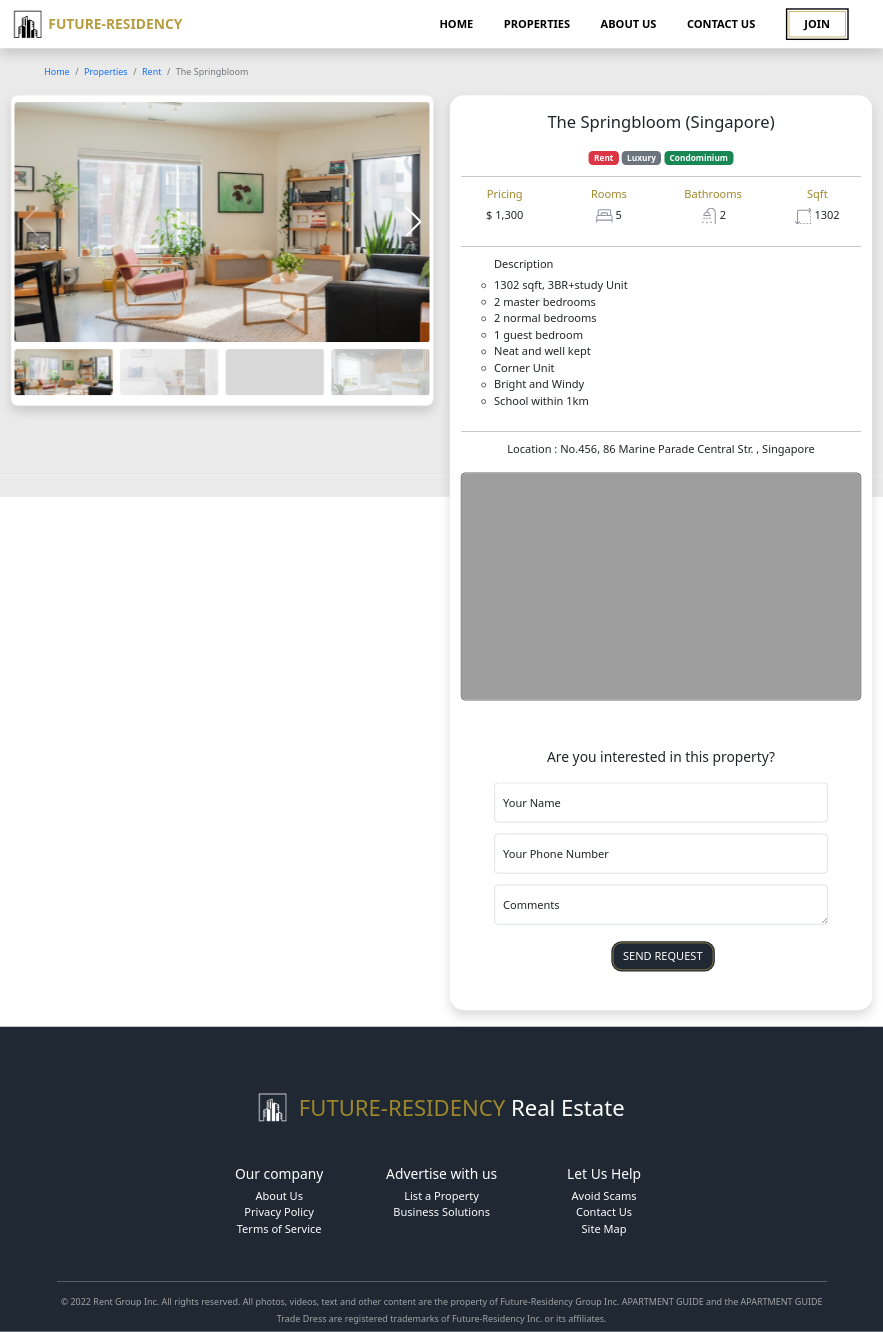
Repository: pyaestk/Future-residency
Page: rentitem.html
These files come from the project's save history. The page is drawn as it stood at one moment and after the next save; the edit follows.
The browser window is 1280 px wide. The pictures show the whole page, at 69% of full size.
Pictures or frames that could not be fetched are drawn as grey boxes.

Above is the page before, as saved 2022-12-15 15:18:24.

### rentitem.html
<!doctype html>
<html lang="en">

<head>
    <meta charset="utf-8">
    <meta name="viewport" content="width=device-width, initial-scale=1, minimum-scale=1, maximum-scale=1 ">
    <title>FUTURE-RESIDENCY</title>
    <!--bootstrap-->
    <link href="https://cdn.jsdelivr.net/npm/bootstrap@5.2.3/dist/css/bootstrap.min.css" rel="stylesheet"
        integrity="sha384-rbsA2VBKQhggwzxH7pPCaAqO46MgnOM80zW1RWuH61DGLwZJEdK2Kadq2F9CUG65" crossorigin="anonymous">

    <!--custom css-->
    <link rel="stylesheet" href="style.css" type="text/css">
    <link rel="stylesheet" href="styleMobileview.css" type="text/css">
    <link rel="stylesheet" href="styleTabletview.css" type="text/css">

    <!--font awesome-->
    <link rel="stylesheet" href="https://cdnjs.cloudflare.com/ajax/libs/font-awesome/6.2.1/css/all.min.css"
        integrity="sha512-MV7K8+y+gLIBoVD59lQIYicR65iaqukzvf/nwasF0nqhPay5w/9lJmVM2hMDcnK1OnMGCdVK+iQrJ7lzPJQd1w=="
        crossorigin="anonymous" referrerpolicy="no-referrer" />

    <!--swiper js-->
    <link rel="stylesheet" href="https://cdn.jsdelivr.net/npm/swiper@8/swiper-bundle.min.css" />


</head>

<body>

    <div class="background"></div>
    <!--navigation-->
    <nav class="shadow">
        <div class="logo-area">
            <img src="img/FUTURE_ReSIDENCY-removebg-preview.png" alt="logo" class="logo">
            <span>FUTURE-RESIDENCY</span>
        </div>


        <!--desktop-->
        <div class="navlinks" id="nav-right">
            <div class="icon closeMenubar shadow" onclick="hideMenu()">
                <i class="fa-solid fa-xmark"></i>
            </div>
            <ul>
                <li><a href="index.html">HOME</a></li>
                <li><a href="properties.html">PROPERTIES</a></li>
                <li><a href="aboutUs.html">ABOUT US</a></li>
                <li><a href="contactUs.html">CONTACT US</a></li>
                <li><a href="join.html" class="navibutton">JOIN</a></li>
            </ul>
        </div>
        <div class="icon openMenubar">
            <i class="fa-solid fa-bars" onclick="showMenu()"></i>
        </div>
    </nav>

    <div class="container-fluid px-3">

        <!--breadcrumb-->
        <div aria-label="breadcrumb" style="font-size: 13px;">
            <ol class="breadcrumb ps-5 pt-4">
              <li class="breadcrumb-item"><a href="index.html" class=" text-decoration-none">Home</a></li>
              <li class="breadcrumb-item"><a href="properties.html" class=" text-decoration-none">Properties</a></li>
              <li class="breadcrumb-item"><a href="properties.html#rent" class=" text-decoration-none">Rent</a></li>
              <li class="breadcrumb-item active" aria-current="page">The Springbloom</li>
            </ol>
        </div>

        <div class="row my-4">
            <div class="col-md-6 itemcardDetail">
                <!--swiper Js-->
                <div class="row itemimage">
                    <div class="col-md-12">
                        <div class="saleitemcarousel shadow">

                            <div style="--swiper-navigation-color: #fff; --swiper-pagination-color: #fff" class="swiper itemSwiper2">
                            <div class="swiper-wrapper">
                              <div class="swiper-slide">
                                <img src="img/living room.jpg" />
                              </div>
                              <div class="swiper-slide">
                                <img src="img/bedroom.jpg" />
                              </div>
                              <div class="swiper-slide">
                                <img src="img/kitchen.jpg" />
                              </div>
                              <div class="swiper-slide">
                                <img src="img/bathroom.jpg" />
                              </div>
                            </div>
                            <div class="swiper-button-next"></div>
                            <div class="swiper-button-prev"></div>
                          </div>
                          <div thumbsSlider="" class="swiper itemSwiper">
                            <div class="swiper-wrapper">
                              <div class="swiper-slide">
                                <img src="img/living room.jpg" />
                              </div>
                              <div class="swiper-slide">
                                <img src="img/bedroom.jpg" />
                              </div>
                              <div class="swiper-slide">
                                <img src="img/kitchen.jpg" />
                              </div>
                              <div class="swiper-slide">
                                <img src="img/bathroom.jpg" />
                              </div>
                            </div>
                          </div>

                        </div>
                    </div>
                </div>
            </div>
            <div class="col-md-6">
                <div class="itemDetail bg-white shadow py-2 px-3">
                    <h4 class="py-3 text-center">The Springbloom (Singapore)</h4>
                    <div class="text-center">
                        <span class="badge text-bg-danger">Rent</span>
                        <span class="badge text-bg-secondary">Luxury</span>
                        <span class="badge text-bg-success">Condominium</span>
                    </div>
                    <hr>
                    <div class="row text-center detail justify-content-md-center">
                        <div class="col-md-3 col">
                            <h6>Pricing</h6>
                            <p>$ 1,300</p>
                        </div>
                        <div class="col-md-3 col">
                            <h6>Rooms</h6>
                            <p><img src="img/bed.svg" alt=""> 5</p>
                        </div>
                        <div class="col-md-3 col">
                            <h6>Bathrooms</h6>
                            <img src="img/bathroom.svg" alt=""> 2
                        </div>
                        <div class="col-md-3 col">
                            <h6>Sqft</h6>
                            <img src="img/sqft.svg" alt=""> 1302
                        </div>
                    </div>
                    <hr>
                    <div class="row description ps-5">
                        <h6>Description</h6>
                        <ul>
                            <li>1302 sqft, 3BR+study Unit</li>
                            <li>2 master bedrooms</li>
                            <li>2 normal bedrooms</li>
                            <li>1 guest bedroom</li>
                            <li>Neat and well kept</li>
                            <li>Corner Unit</li>
                            <li>Bright and Windy</li>
                            <li>School within 1km</li>
                        </ul>
                    </div>
                    <hr>
                    <div class="row pb-3 text-center">
                        <h6>Location : No.456, 86 Marine Parade Central Str. , Singapore</h6>
                        <div class="googlemap mt-3">
                            <iframe class="rounded-2 border border-dark border-1" src="https://www.google.com/maps/embed?pb=!1m18!1m12!1m3!1d3988.7919757186937!2d103.85641181538938!3d1.2996217964641446!2m3!1f0!2f0!3f0!3m2!1i1024!2i768!4f13.1!3m3!1m2!1s0x31da19b1bef70229%3A0x103e1923f1785429!2sPARKROYAL%20Serviced%20Suites%20Singapore!5e0!3m2!1sen!2smm!4v1670047622126!5m2!1sen!2smm"
                             allowfullscreen="" loading="lazy" referrerpolicy="no-referrer-when-downgrade" width="100%" height="330px"></iframe>
                        </div>
                    </div>
                    <hr>
                    <div class="request text-center pt-3 px-5" id="reveal3">
                        <h5>Are you interested in this property?</h5>
                        <div class="form-floating mt-4">
                            <input type="email" class="form-control" id="floatingInput" placeholder="Your Name">
                            <label for="floatingInput">Your Name</label>
                        </div>
                        <div class="form-floating mt-3">
                            <input type="email" class="form-control" id="floatingInput" placeholder="Your Phone Number">
                            <label for="floatingInput">Your Phone Number</label>
                        </div>
                        <div class="form-floating mt-3">
                            <textarea class="form-control" placeholder="Leave a comment here" id="floatingTextarea"></textarea>
                            <label for="floatingTextarea">Comments</label>
                        </div>
                        <div class="mt-4 mb-5 text-center">
                            <button class="learnmore" id="liveToastBtn">SEND REQUEST</button>
                        </div>
                    </div>
                </div>
            </div>
        </div>
    </div>

    <div class="toast-container position-fixed bottom-0 end-0 p-3">
        <div id="liveToast" class="toast bg-light" role="alert" aria-live="assertive" aria-atomic="true">
          <div class="toast-header">
            <strong class="me-auto">Request successful</strong>
            <button type="button" class="btn-close" data-bs-dismiss="toast" aria-label="Close"></button>
          </div>
          <div class="toast-body">
            Your request has been sent to the owner. Thanks for choosing us!
          </div>
        </div>
    </div>

    <!--footer-->
    <div class="footer pt-5">
        <div class="container text-center text-white">
            <div class="row">
                <div class="col-md-12 my-5">
                    <h2><img src="img/FUTURE_ReSIDENCY-removebg-preview-modified.png" alt="logo"
                            class="logo pb-2"><span> FUTURE-RESIDENCY </span> Real Estate</h2>
                </div>
            </div>
            <div class="row pb-5 gap-5 justify-content-md-center">
                <div class="col col-md-2 footer-content">
                    <h5>Our company</h5>
                    <div>About Us</div>
                    <div>Privacy Policy</div>
                    <div>Terms of Service</div>
                </div>
                <div class="col-md-auto footer-content">
                    <h5>Advertise with us</h5>
                    <div>List a Property</div>
                    <div>Business Solutions</div>
                </div>
                <div class="col col-md-2 footer-content">
                    <h5>Let Us Help</h5>
                    <div>Avoid Scams</div>
                    <div>Contact Us</div>
                    <div>Site Map</div>
                </div>
            </div>
            <hr>
            <div class="row text-center pb-2">
                <div class="col-md-12">
                    <span class="copyright">© 2022 Rent Group Inc. All rights reserved. All photos, videos, text and
                        other content
                        are the property of Future-Residency Group Inc. APARTMENT GUIDE and the APARTMENT GUIDE Trade
                        Dress
                        are registered trademarks of Future-Residency Inc. or its affiliates.</span>
                </div>
            </div>
        </div>
    </div>



    <!--swiper js-->
    <script src="https://cdn.jsdelivr.net/npm/swiper@8/swiper-bundle.min.js"></script>

    <!--javascript-->
    <script src="app.js"></script>

    <!--bootstrap-->
    <script src="https://cdn.jsdelivr.net/npm/bootstrap@5.2.3/dist/js/bootstrap.bundle.min.js"
        integrity="sha384-kenU1KFdBIe4zVF0s0G1M5b4hcpxyD9F7jL+jjXkk+Q2h455rYXK/7HAuoJl+0I4"
        crossorigin="anonymous"></script>
</body>

</html>

### styleMobileview.css

/* mobile view */

@media only screen and (max-width: 767px) {

  /* navigation */
  .icon{
    display: block;
    cursor: pointer;
  }
  nav{
    z-index: 1000;
  }
  .navlinks{
    position: absolute;
    background-color: rgb(216, 216, 216);
    height: 100vh;
    width: 100vw;
    top: 0;
    right: -100vw;
    text-align: left;
    z-index: 10;
    transition: .7s;
    overflow-y: hidden;
    padding-bottom: 50px;
  }
  .navlinks ul li a{
    color: black;
  }
  .navlinks ul li{
    display: block;
    margin: 50px 0;
    border-radius: 20px;
  }
  .navlinks ul{
    padding-left: 0;
    text-align: center;
  }
  .navibutton{
    margin-left: 0;
    color: black;
    border: 2px solid black;
  }
  .navlinks .closeMenubar{
    background-color: white;
    display: block;
    padding: 15px 20px;
    text-align: end;
    position: sticky;
    top: 0;
  }
  /* navigation end */

  /* jumbotron */


  .jumbotron p{
    font-size: 55px;
    text-align: start;
  }
  .subtext h4{
    padding-top: 20px;
    font-size: 20px;
    text-align: start!important;
  }
  .subtext{
    font-size: 15px;
    text-align: start!important;
  }
  .indexBackground{
    background: linear-gradient(90deg, #EAEAEA 65%, #EAEAEA -30%);
  }
  .searchSection{
    margin: 10px 13px;
  }
  .customCarousel{
    margin-left: 10px;
  }
  .carousel-control-next{
    padding-right: 30px;
  }
  .carouselborder img{
    height: 50vh;
  }
  .carouselborder video{
    height: 50vh;
  }
  .carouselborder{
    height: 50vh;
  }
  /* jumbotron end */

  /* first group */
  .group1{
    padding-top: 10px;
    padding-bottom: 10px;
  }
  .label2{
    margin-left: 10px;
    border-radius: 10px;
    margin: 0 10px;
    padding: 40px 15px 40px 15px;
  }
  .label2 h3{
    font-size: 20px;
  }
  .sublabel{
    font-size: 13px;
    padding-top: 10px;
  }
  .salecard li{
    padding-left: 20px;
  }
  .featuredcard{
    padding: 0 10px;
  }
  /* second group */
  .group2 .col-md-8{
    order: 2;
  }
  .label{
    margin: 10px!important;
    padding: 30px 0;
    border-radius: 5px 20px 20px 5px;
  }
  .label h3{
    font-size: 20px;
    padding: 20px 10px;
  }


  .salecard h6{
    font-size: 12px;
    padding-bottom: 0;
  }
  .salecard li{
    font-size: 10px;
    list-style-type: circle;
  }
  .layer h5{
    font-size: 12px;
  }

  .layer2{
    font-size: 10px;
    padding: 3px 3px;
  }
  .pic2-container .col-md-5{
    order: 2;
  }
  .pic1-caption, .pic2-caption{
    margin-top: 10px;
  }
  .vid-caption{
    margin-top: 5px;
  }

  /* properties */
  .searchSection{
    font-size: 13px;
  }
  .searchSection input::placeholder{
    font-size: 13px;
  }

  /* aboutUs */
  .ourhistory .label2{
    margin-left: 10px;
    border-radius: 5px;
    margin: 10px 10px;
    padding: 10px;
  }
  .ourhistory .history{
    border-radius: 20px 5px 5px 20px;
    margin: 30px 10px 19px 10px!important;
  }
  .history{
    text-align: justify;
  }
  .locationsession{
    text-align: center;
    margin: 10px;
  }
  .aboutUscard-container{
    padding-left: 0px!important;
    margin: 0!important;
  }
  .aboutUscard{
    width: 100%;
    margin-top: 30px;
    padding: 30px 10px 10px 30px!important;
  }
  .aboutUs .label{
    border-radius: 5px;
  }

  /* contact us */
  .contactsession .cards{
    width: 320px;
  }
  .contactsession .card-body{
    padding: 25px 5px;
  }
  .contactsession h3{
    font-size: 15px;
  }
  .card-text{
    font-size: 14px;
  }
  .contactCard{
    height: 300px;
  }
  .contactCard h4{
    font-size: 18px;
  }
  .contactCard h6{
    font-size: 14px;
  }
  .contactCard p{
    font-size: 12px;
  }

  /* sign in page */
  .login-form{
    min-height: 60vh;
    margin-right: 10px;
  }
  .login-video{
    margin-top: 25px;
    margin-left: 10px;
  }
  .loginlayer{
    width: 270px;
  }
  .loginlayer h3{
    font-size: 20px;
  }
  .loginlayer p{
    font-size: 13px;
  }

  /* saleitem page */
  .itemDetail{
    margin-top: 25px;
    margin-bottom: 30px;
  }

  /* footer */
  .footer h2{
    font-size: 19px;
  }
  .footer h5{
    font-size: 17px;
  }
  .footer{
    font-size: 12px;
  }
  .footer .copyright{
    font-size: 12px;
  }

}

### styleTabletview.css

/* mobile view */

@media only screen and (min-width: 768px) and (max-width: 1100px) {
   /* navigation */
  .logo-area span{
    display: none;
  }

  /* jumbotron */
  .jumbotron p{
    font-size: 40px;
    line-height: 45px;
    letter-spacing: 3px;
  }
  .subtext h4{
    font-size: 18px;
  }
  .subtext{
    font-size: 13px;
  }
  .indexBackground{
    background: linear-gradient(90deg, #EAEAEA 65%, #EAEAEA -30%);
  }
  .searchSection{
    margin: 10px 10px 10px 30px;
    padding: 10px 20px;
  }
  .carouselborder{
    height: 400px;
  }
  .carouselborder img,.carouselborder video{
    height: 400px;
  }

  .carousel-control-next{
    padding-right: 30px;
  }
  .formsession span{
    font-size: 13px;
  }
  /* jumbotron end */

  /* first group */
  .group1{
    padding-top: 30px;
    padding-bottom: 10px;
  }
  .label2{
    border-radius: 10px;
    padding: 40px 15px 40px 15px;
  }
  .label2 h3{
    font-size: 20px;
  }
  .sublabel{
    font-size: 13px;
    padding-top: 10px;
  }
  .salecard li{
    padding-left: 20px;
  }
  .featuredcard{
    padding: 0 10px;
  }
  /* second group */
  .label{
    border-radius: 10px;
  }
  .label h3{
    font-size: 20px;
    padding: 20px 10px;
  }

  .housecard .salecard{
    width: 230px;
    padding: 0;
  }

  .salecard h6{
    font-size: 12px;
    padding-bottom: 0;
  }
  .salecard li{
    font-size: 10px;
    padding-left: 20px;
    list-style-type: circle;
  }
  .layer h5{
    font-size: 12px;
  }

  .layer2{
    font-size: 10px;
    padding: 3px 3px;
  }

  /* properties */
  .searchSection{
    font-size: 13px;
  }
  .searchSection input::placeholder{
    font-size: 13px;
  }

  /* aboutUs */
  .ourhistory .label2{
    padding: 10px;
    margin-right: 0!important;
  }
  .ourhistory .history{
    border-radius: 20px 5px 5px 20px;
    margin-left: 0!important;
  }
  .history{
    text-align: justify;
    font-size: 10px;
  }
  .locationsession{
    text-align: center;
    margin: 10px;
  }
  .about-caption{
    font-size: 13px;
  }
  .conclusion h3{
    font-size: 20px;
  }
  .conclusion p{
    font-size: 13px;
    text-align: justify;
  }

  /* contact us */
  .contactsession h3{
    font-size: 16px;
  }
  .card-text{
    font-size: 14px;
  }
  .contactCard{
    height: 300px;
  }
  .contactCard h4{
    font-size: 18px;
  }
  .contactCard h6{
    font-size: 14px;
  }
  .contactCard p{
    font-size: 12px;
  }
  .locationsession h4{
    font-size: 15px;
  }
  .question span{
    font-size: 13px;
  }

  /* sign in page */
  .login-form{
    margin-top: 25px;
    min-height: 60vh;
  }
  .login-video{
    margin-top: 25px;
  }
  .loginlayer{
    width: 270px;
  }
  .loginlayer h3{
    font-size: 20px;
  }
  .loginlayer h6{
    font-size: 13px;
  }

  /* saleitem page */
  .itemDetail{
    margin-top: 25px;
    margin-bottom: 30px;
  }
  .itemimage{
    position: relative;
    top: 25px;
  }
  .itemDetail h6{
    font-size: 13px;
  }
}

Loaded but not shown: app.js (134 lines, source omitted); style.css (715 lines, source omitted)

After the next save:
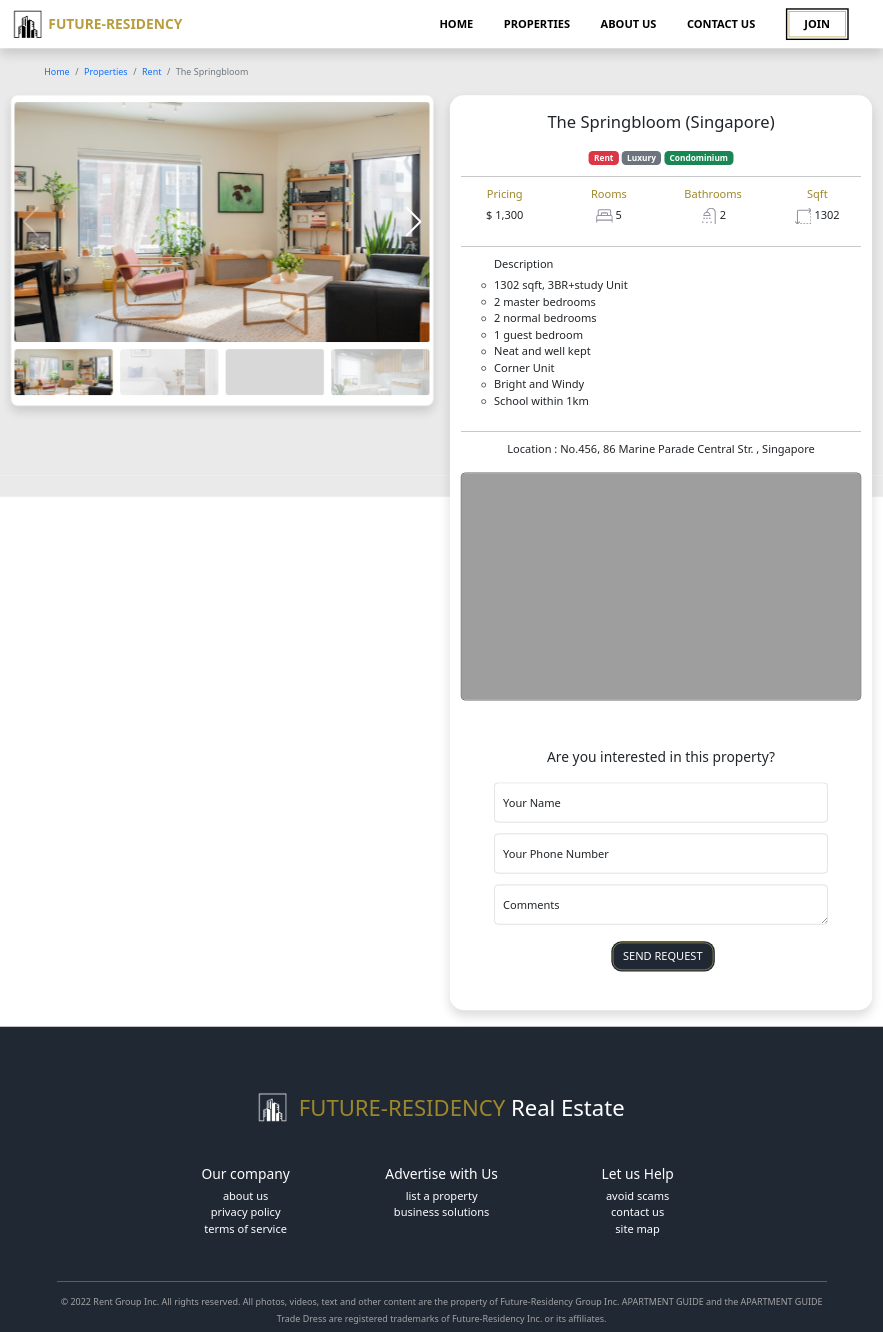
Saved 6 s later.
--- a/rentitem.html
+++ b/rentitem.html
@@ -197,46 +197,45 @@
         </div>
     </div>
 
-    <!--footer-->
-    <div class="footer pt-5">
-        <div class="container text-center text-white">
-            <div class="row">
-                <div class="col-md-12 my-5">
-                    <h2><img src="img/FUTURE_ReSIDENCY-removebg-preview-modified.png" alt="logo"
-                            class="logo pb-2"><span> FUTURE-RESIDENCY </span> Real Estate</h2>
-                </div>
-            </div>
-            <div class="row pb-5 gap-5 justify-content-md-center">
-                <div class="col col-md-2 footer-content">
-                    <h5>Our company</h5>
-                    <div>About Us</div>
-                    <div>Privacy Policy</div>
-                    <div>Terms of Service</div>
-                </div>
-                <div class="col-md-auto footer-content">
-                    <h5>Advertise with us</h5>
-                    <div>List a Property</div>
-                    <div>Business Solutions</div>
-                </div>
-                <div class="col col-md-2 footer-content">
-                    <h5>Let Us Help</h5>
-                    <div>Avoid Scams</div>
-                    <div>Contact Us</div>
-                    <div>Site Map</div>
-                </div>
-            </div>
-            <hr>
-            <div class="row text-center pb-2">
-                <div class="col-md-12">
-                    <span class="copyright">© 2022 Rent Group Inc. All rights reserved. All photos, videos, text and
-                        other content
-                        are the property of Future-Residency Group Inc. APARTMENT GUIDE and the APARTMENT GUIDE Trade
-                        Dress
-                        are registered trademarks of Future-Residency Inc. or its affiliates.</span>
-                </div>
-            </div>
-        </div>
+  <!--footer-->
+  <div class="footer pt-5">
+    <div class="container text-center text-white">
+      <div class="row">
+        <div class="col-md-12 my-5 reveal3">
+          <h2><img src="img/FUTURE_ReSIDENCY-removebg-preview-modified.png" alt="logo" class="logo pb-2"><span>
+              FUTURE-RESIDENCY </span> Real Estate</h2>
+        </div>
+      </div>
+      <div class="row pb-5 gap-5 justify-content-md-center">
+        <div class="col col-md-3 reveal3">
+          </ul>
+          <h5>Our company</h5>
+          <div>about us</div>
+          <div>privacy policy</div>
+          <div>terms of service</div>
+        </div>
+        <div class="col-md-auto reveal3">
+          <h5>Advertise with Us</h5>
+          <div>list a property</div>
+          <div>business solutions</div>
+        </div>
+        <div class="col col-md-3 reveal3">
+          <h5>Let us Help</h5>
+          <div>avoid scams</div>
+          <div>contact us</div>
+          <div>site map</div>
+        </div>
+      </div>
+      <hr>
+      <div class="row text-center pb-2">
+        <div class="col-md-12">
+          <span class="copyright reveal3">© 2022 Rent Group Inc. All rights reserved. All photos, videos, text and other content
+            are the property of Future-Residency Group Inc. APARTMENT GUIDE and the APARTMENT GUIDE Trade Dress
+            are registered trademarks of Future-Residency Inc. or its affiliates.</span>
+        </div>
+      </div>
     </div>
+  </div>
 
 
 
